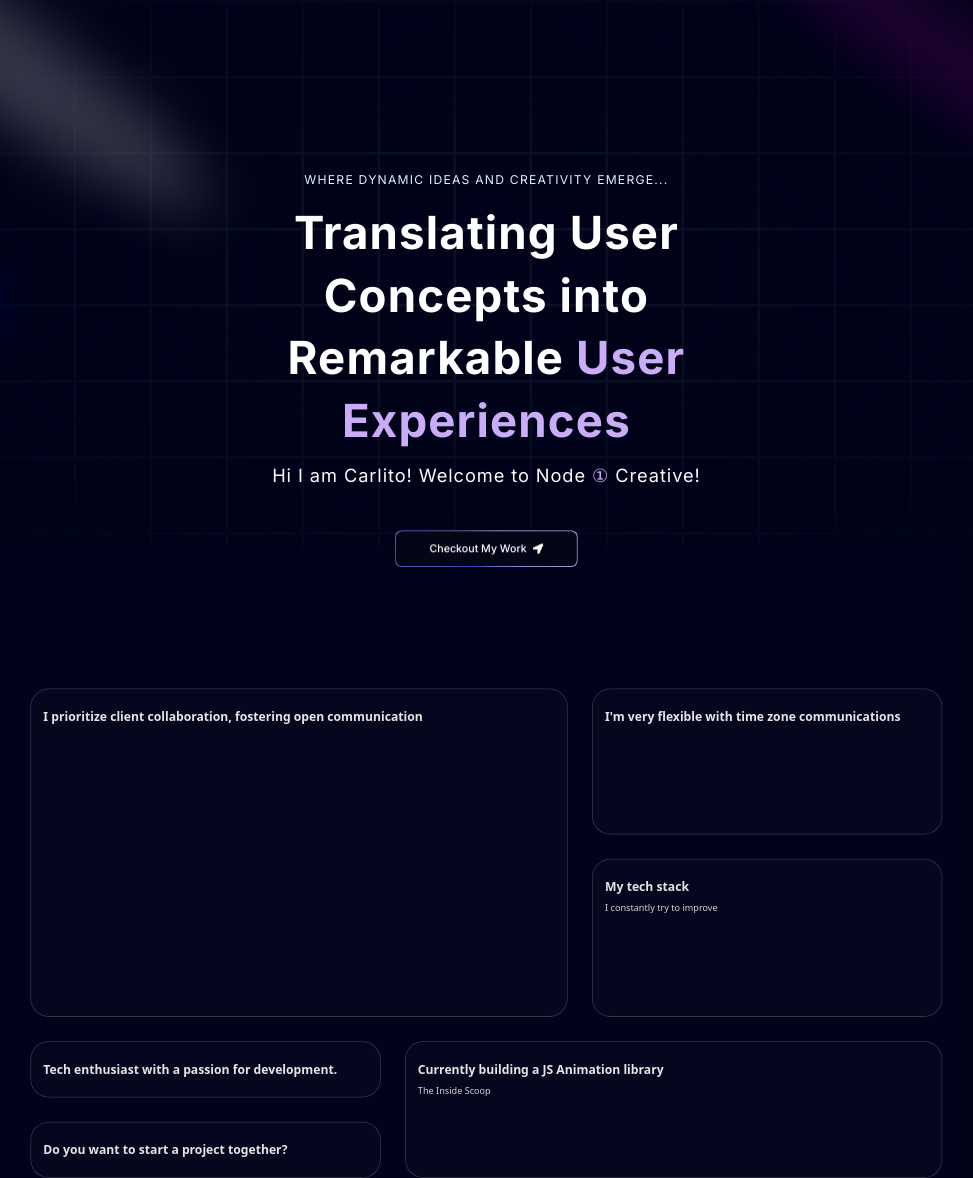
Repository: Carlito-Pedida/node1creative
Page: /
An editor plug-in stored every save of this project. The page is shown before and after the next save, followed by the edit.
The browser window is 1280 px wide. The pictures show the whole page, at 76% of full size.
The project was rebuilt for these pictures with package versions that can differ from the ones it lists, and the page was loaded fresh each time. The framework's server and built-in components were replaced by stand-ins that run in the browser. Also part of the build but not shown: next.config.mjs.

Above is the page before, as saved 2024-11-20 17:03:55.

After the next save:
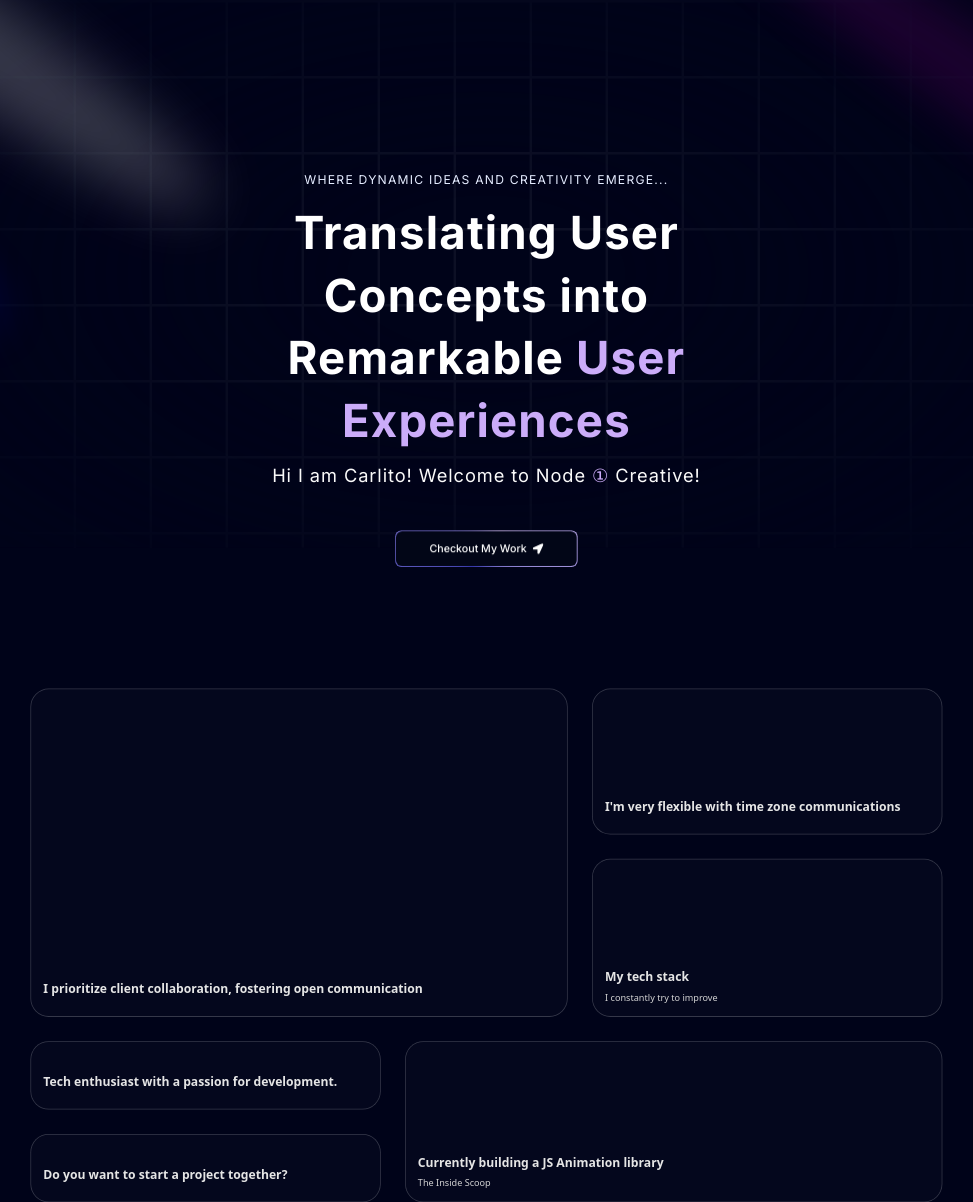
Saved 5 min 5 s later.
--- a/components/ui/BentoGrid.tsx
+++ b/components/ui/BentoGrid.tsx
@@ -23,6 +23,7 @@
   className,
   title,
   description,
+  id,
   img,
   imgClassName,
   titleClassName,
@@ -49,6 +50,8 @@
           "linear-gradient(90deg, rgba(4,7,29,1) 0%, rgba(12,14,35,1) 100%)"
       }}
     >
+      <div className={`${id === 6} &&`}></div>
+
       <div className="group-hover/bento:translate-x-2 transition duration-200">
         <div className="font-sans font-bold text-neutral-600 dark:text-neutral-200 mb-2 mt-2">
           {title}

After the 2 saves that followed:
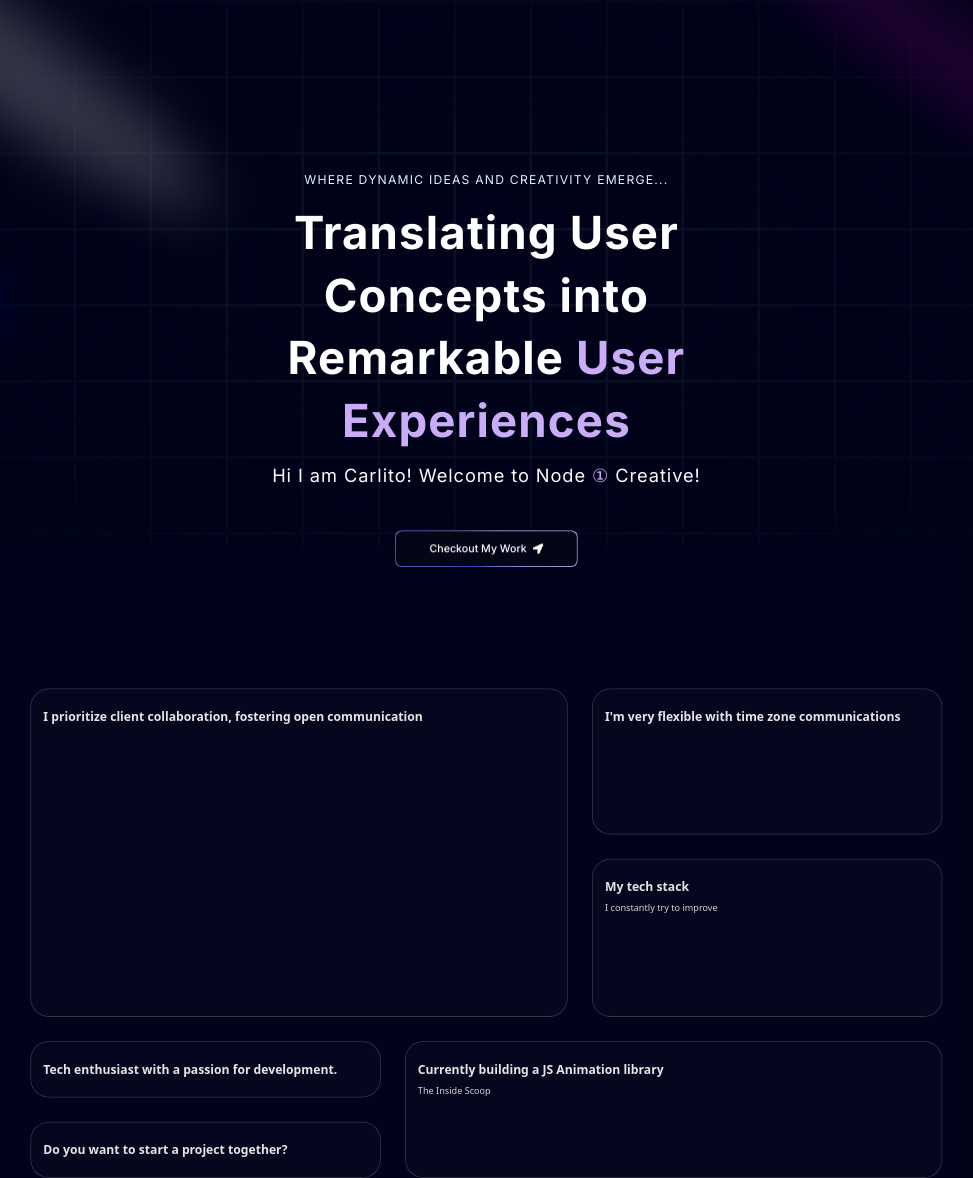
The 2 saves are shown as one change because 1 left the picture as it was.
The last was saved 101 s later.
--- a/components/ui/BentoGrid.tsx
+++ b/components/ui/BentoGrid.tsx
@@ -50,7 +50,7 @@
           "linear-gradient(90deg, rgba(4,7,29,1) 0%, rgba(12,14,35,1) 100%)"
       }}
     >
-      <div className={`${id === 6} &&`}></div>
+      {/* <div className={`${id === 6} && flex justify-center h-full`}></div> */}
 
       <div className="group-hover/bento:translate-x-2 transition duration-200">
         <div className="font-sans font-bold text-neutral-600 dark:text-neutral-200 mb-2 mt-2">
